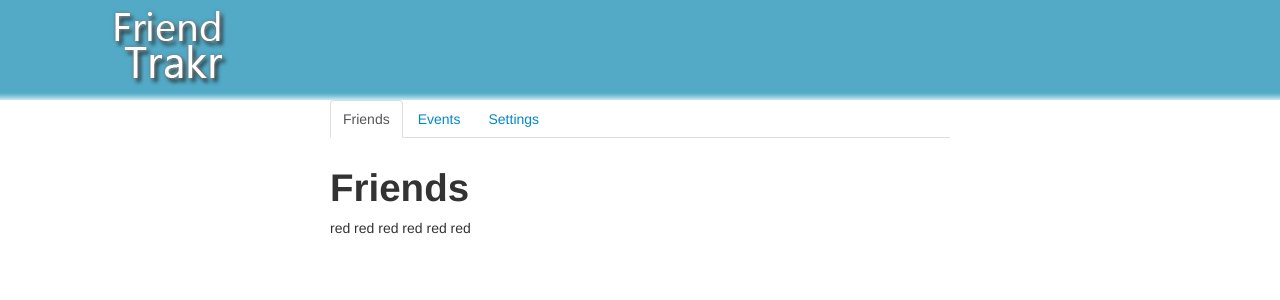
Repository: inventowiz/FriendTrack
Page: FriendshipTracker/main.html
These files come from the project's save history. The page is drawn as it stood at one moment and after the next save; the edit follows.
The browser window is 1280 px wide. The pictures show the whole page.
Some web libraries are served in a nearby version.

Above is the page before, as saved 2013-09-21 16:31:59.

After the next save:
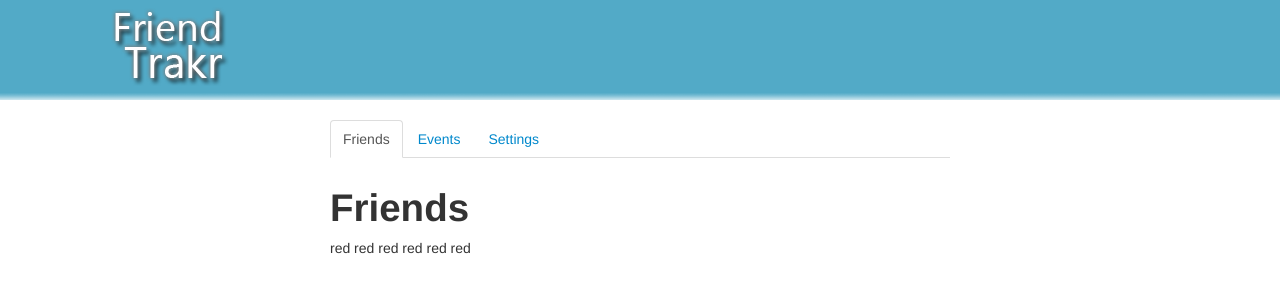
Saved 1 s later.
--- a/FriendshipTracker/css/styles.css
+++ b/FriendshipTracker/css/styles.css
@@ -26,3 +26,7 @@
 	top: 0px;
 	left: 0px;
 }
+
+.spacer {
+	margin-top: 20px;
+}
